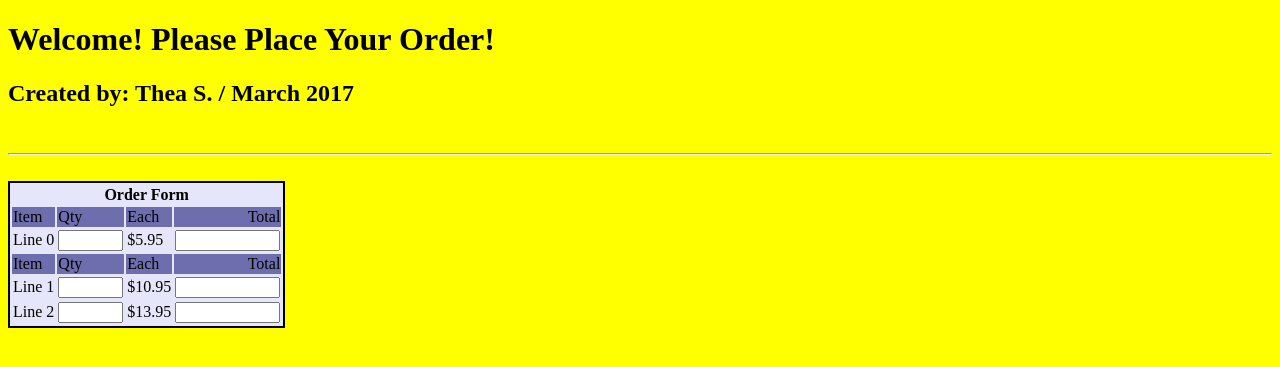
Repository: m-rabbit/b1_sukianto_code
Page: websites/MyOrderForm/index.html
An editor plug-in stored every save of this project. The page is shown before and after the next save, followed by the edit.
The browser window is 1280 px wide. The pictures show the whole page.

Above is the page before, as saved 2017-03-06 15:24:00.

### websites/MyOrderForm/index.html
<!DOCTYPE html>
<html>
	<head>
		<meta charset="UTF-8">
		<title>My Order Form</title>
		<style>
			body {
				background-color: #FFFF00;
			}
			table {
				background-color: #E6E6FA;
				border: 2px solid black;
				width: 400;
				cellpadding: 5;
				cellspacing: 0;
				summary: ""
			}
		</style>
	</head>
	<body>
		<h1>Welcome! Please Place Your Order!</h1>
		<h2>Created by: Thea S. / March 2017</h2>
		<br>
		<hr>
		<br>
		<form name="orderForm">
			<table>
				<tbody>
					<tr>
						<td colspan="4" align="center"><B>Order Form</B></td>
					</tr>
					<tr style="background-color:#6E6EAF">
						<td>Item</td><td>Qty</td><td>Each</td><td align="right">Total</td>
					</tr>
					<tr>
						<td>Line 0</td>
						<td><input name="line" type="text" size="5" value="" onkeyup="count(this.form,0,5.95)"></td>
						<td>$5.95</td>
						<td align="right"><input name="line_sum" type="text" size="10" readonly></td>
					</tr>
					<tr style="background-color:#6E6EAF">
						<td>Item</td><td>Qty</td><td>Each</td><td align="right">Total</td>
					</tr>
					<tr>
						<td>Line 1</td>
						<td><input name="line" type="text" size="5" value="" onkeyup="count(this.form,0,5.95)"></td>
						<td>$10.95</td>
						<td align="right"><input name="line_sum" type="text" size="10" readonly></td>
					</tr>
					<tr>
						<td>Line 2</td>
						<td><input name="line" type="text" size="5" value="" onkeyup="count(this.form,0,5.95)"></td>
						<td>$13.95</td>
						<td align="right"><input name="line_sum" type="text" size="10" readonly></td>
					</tr>
				</tbody>
			</table>
		</form>
	</body>
</html>

After the next save:
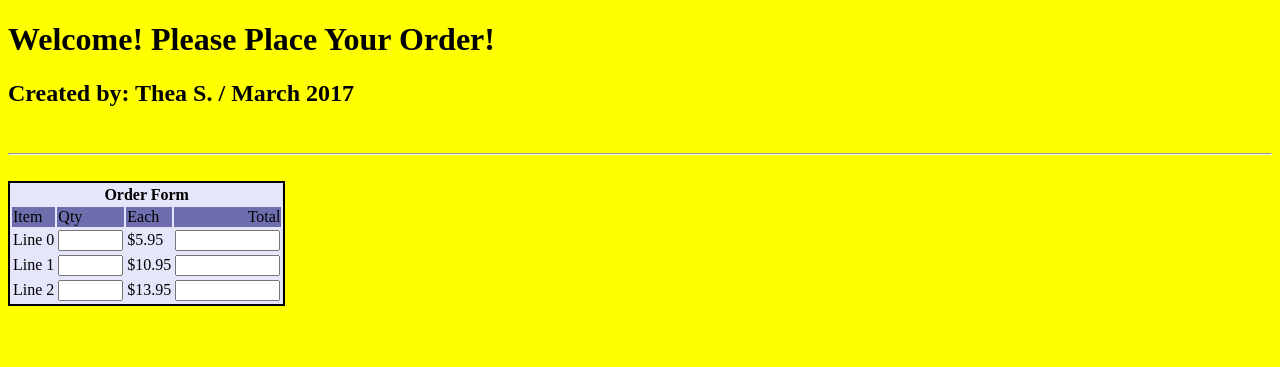
Saved 2 min 24 s later.
--- a/websites/MyOrderForm/index.html
+++ b/websites/MyOrderForm/index.html
@@ -38,9 +38,7 @@
 						<td>$5.95</td>
 						<td align="right"><input name="line_sum" type="text" size="10" readonly></td>
 					</tr>
-					<tr style="background-color:#6E6EAF">
-						<td>Item</td><td>Qty</td><td>Each</td><td align="right">Total</td>
-					</tr>
+
 					<tr>
 						<td>Line 1</td>
 						<td><input name="line" type="text" size="5" value="" onkeyup="count(this.form,0,5.95)"></td>
